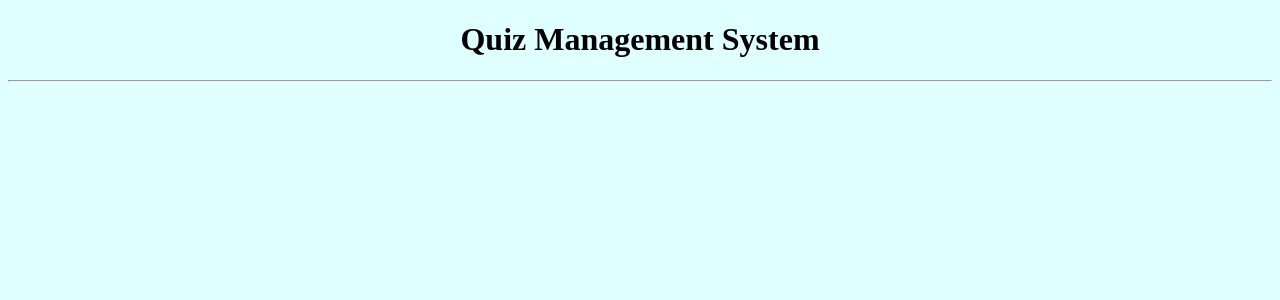
Repository: Rohitsenpai01/Quiz-Manangement-System
Page: http://localhost/WebQuizApp/newquiz.jsp
An editor plug-in stored every save of this project. The page is shown before and after the next save, followed by the edit.
The browser window is 1280 px wide. The pictures show the whole page.
The page is served by Tomcat 9. Other server files are loaded and not shown.

Above is the page before, as saved 2025-12-29 16:06:19.

### WebQuizApp/WebQuizApp/src/main/webapp/newquiz.jsp
<%@ page language="java" contentType="text/html; charset=UTF-8"
    pageEncoding="UTF-8"%>
<!DOCTYPE html>
<html>
<head>
<meta charset="UTF-8">
<title>Insert title here</title>
</head>
<body bgcolor="${initParam.theme}">
	<h1 style="text-align: center;">${initParam.appTitle}</h1><hr><br>

</body>
</html>

After the next save:
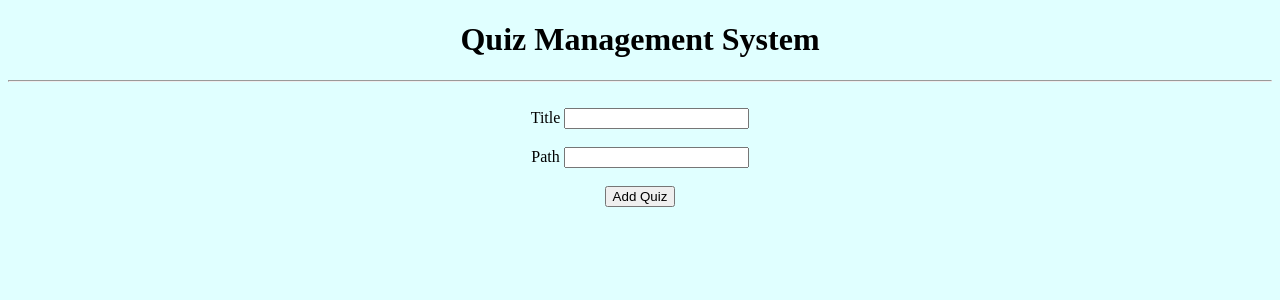
Saved 4 min 12 s later.
--- a/WebQuizApp/WebQuizApp/src/main/webapp/newquiz.jsp
+++ b/WebQuizApp/WebQuizApp/src/main/webapp/newquiz.jsp
@@ -8,6 +8,14 @@
 </head>
 <body bgcolor="${initParam.theme}">
 	<h1 style="text-align: center;">${initParam.appTitle}</h1><hr><br>
-
+	<div style="text-align: center;">
+		<form method="post" action="savequiz.jsp">
+			<input type="hidden" name="quizId" value="0">
+			Title <input type="text" name="title"/> <br/><br/>
+			Path <input type="text" name="path"/> <br/><br/>
+			<input type="hidden" name="op" value="add"/>
+			<input type="submit" value="Add Quiz"/>
+		</form>
+	</div>
 </body>
 </html>
